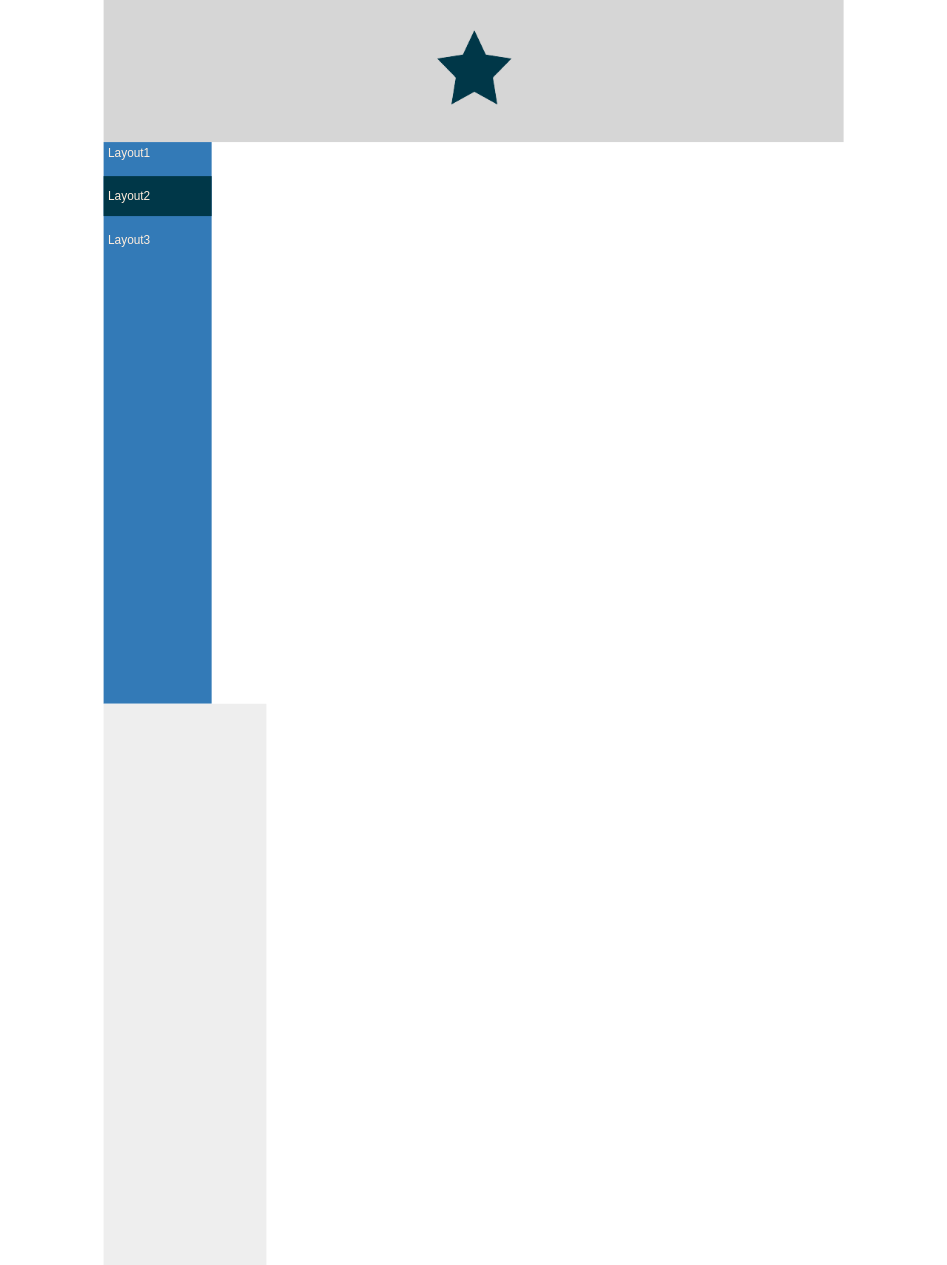
Repository: baliayassin/MyGame
Page: Documents/Aptana Studio 3 Workspace/homeWork2/layOut2.html
The author's editor kept a copy of each file at every save. The page is drawn from the files as they stood at one save, then again after the next save.
The browser window is 1280 px wide. The pictures show the whole page, at 74% of full size.

Above is the page before, as saved 2017-11-29 12:36:08.

After the next save:
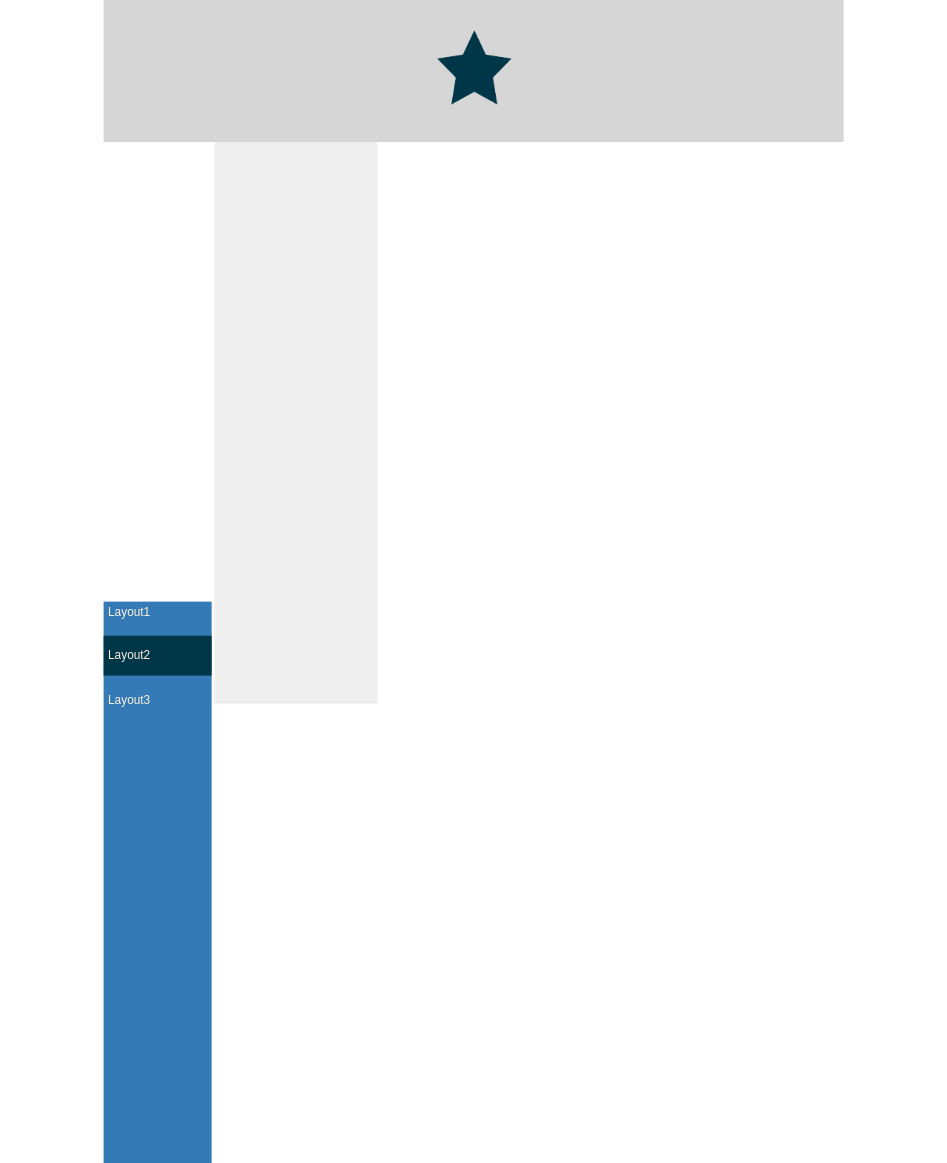
Saved 29 s later.
--- a/Documents/Aptana Studio 3 Workspace/homeWork2/includes/style.css
+++ b/Documents/Aptana Studio 3 Workspace/homeWork2/includes/style.css
@@ -189,6 +189,7 @@
 	height: 759px;
 	background: #337AB7;
 
+    display: inline-block;
 }
 
 
@@ -223,7 +224,6 @@
 
 #wrapper2 aside{
 
-	float:left;
 	background: #EEEEEE;
 	height: 759px;
 	width: 220px;

After the save that followed:
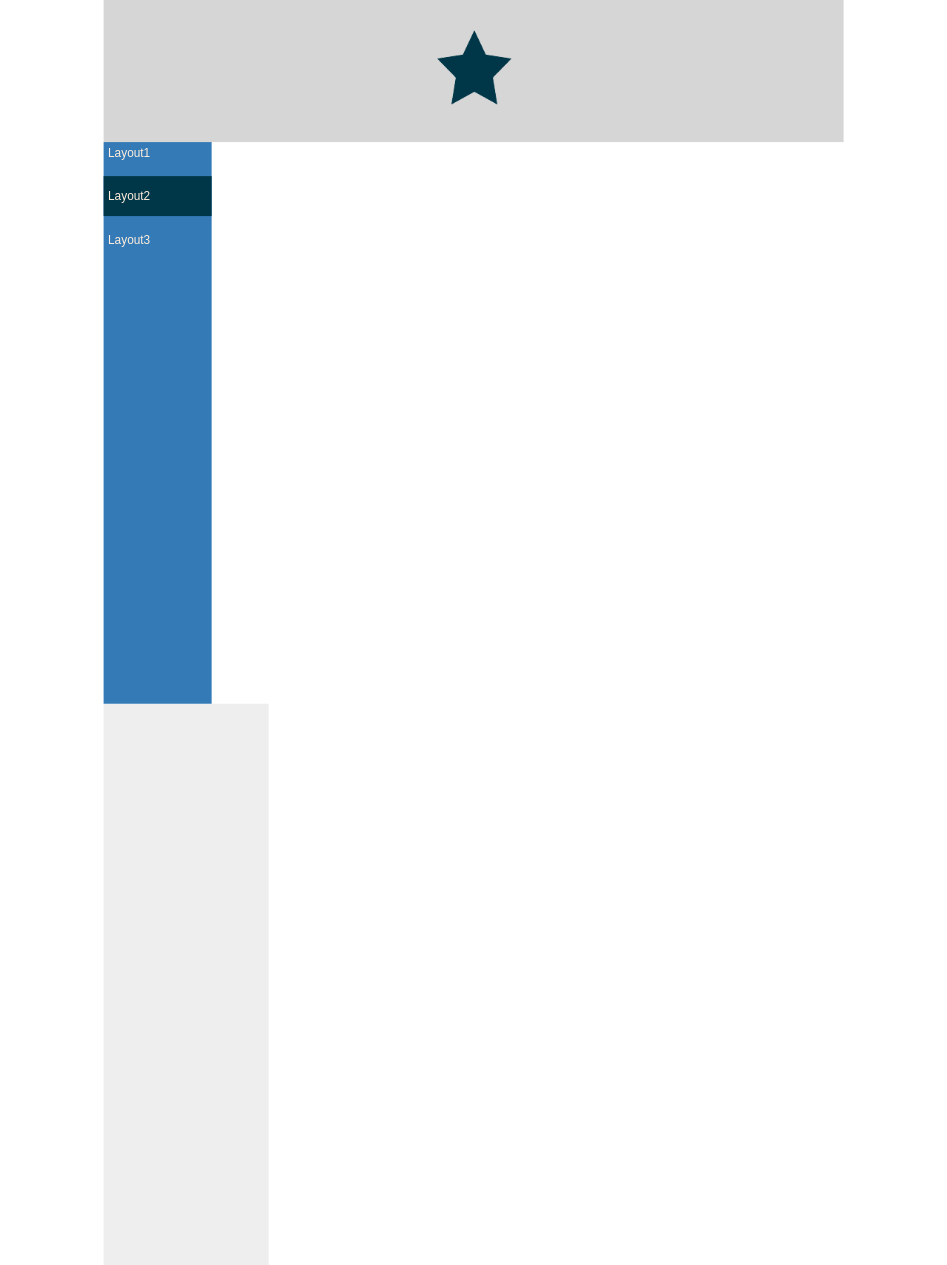
Saved 65 s later.
--- a/Documents/Aptana Studio 3 Workspace/homeWork2/includes/style.css
+++ b/Documents/Aptana Studio 3 Workspace/homeWork2/includes/style.css
@@ -224,9 +224,7 @@
 
 #wrapper2 aside{
 
-	background: #EEEEEE;
+	background-color: #eeeeee;
+	width: 223px;
 	height: 759px;
-	width: 220px;
-	display: inline-block;
-
-}
+}
